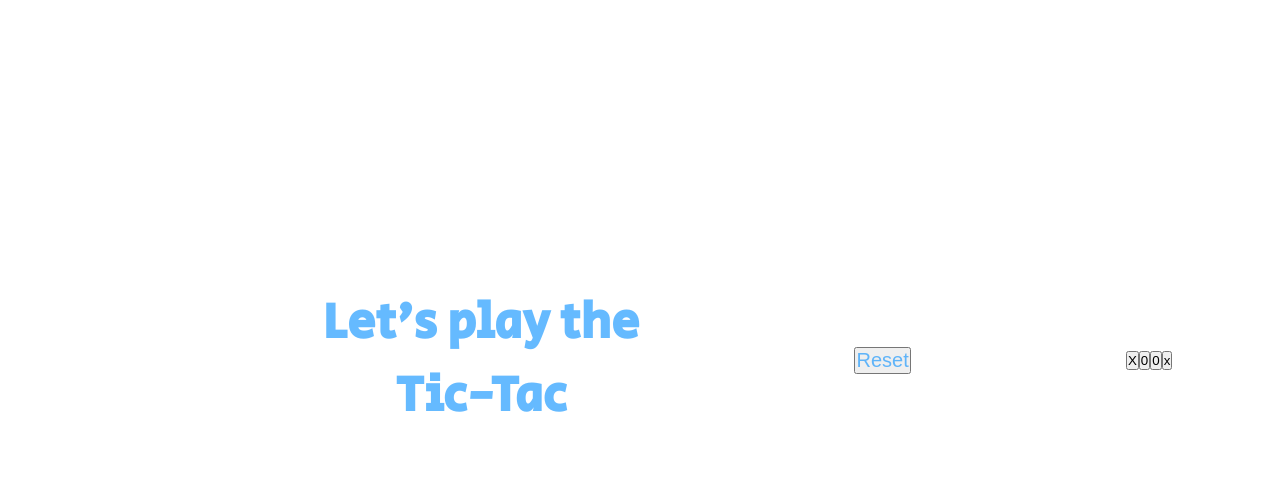
Repository: evergreenx/tic-tac
Page: /
The author's editor kept a copy of each file at every save. The page is drawn from the files as they stood at one save, then again after a run of saves.
The browser window is 1280 px wide. The pictures show the whole page.
The project was rebuilt for these pictures with package versions that can differ from the ones it lists, and the page was loaded fresh each time.

Above is the page before, as saved 2022-04-21 04:05:47.

### src/index.scss
@import url("https://fonts.googleapis.com/css2?family=Anton&family=Secular+One&display=swap");

* {
  margin: 0;
  padding: 0;
  box-sizing: border-box;
}

body {
  font-family: "Secular One", sans-serif;
}

.App {
  display: flex;
  flex-direction: row;
  align-items: center;
  justify-content: space-around;
  height: 100vh;
}
.heading {
  color: #008cff9a;
  font-size: 50px;
}

.reset--button--text{
  color: #008cff9a;
  font-size: 20px;
}

@media (max-width: 768px) {
  .App {
    flex-direction: column;
  }
}

### src/App.js
import "./App.css";
import Board from "./components/Board";

function App() {
  return (
    <section className="App">


      <div className="board-text">


      </div>
      <h1 className="heading">
        Let's play the <br /> Tic-Tac
      </h1>
      <div class="reset--button">
        <button class="reset--button--text">Reset</button>
      </div>
      <Board />
    </section>
  );
}

export default App;

### src/components/Board.jsx
import React from "react";
import './Board.scss'

function Board() {
  return (
    <div className="board">
      <button>X</button>

      <button>0</button>

      <button>0</button>

      <button>x</button>
    </div>
  );
}

export default Board;

### src/components/Board/Board.scss
.board {
  display: flex;
  flex-direction: row;
}

Loaded but not shown: public/index.html (common file); src/index.js (common file); src/reportWebVitals.js (common file); src/App.css (common file)

After the next 2 saves:
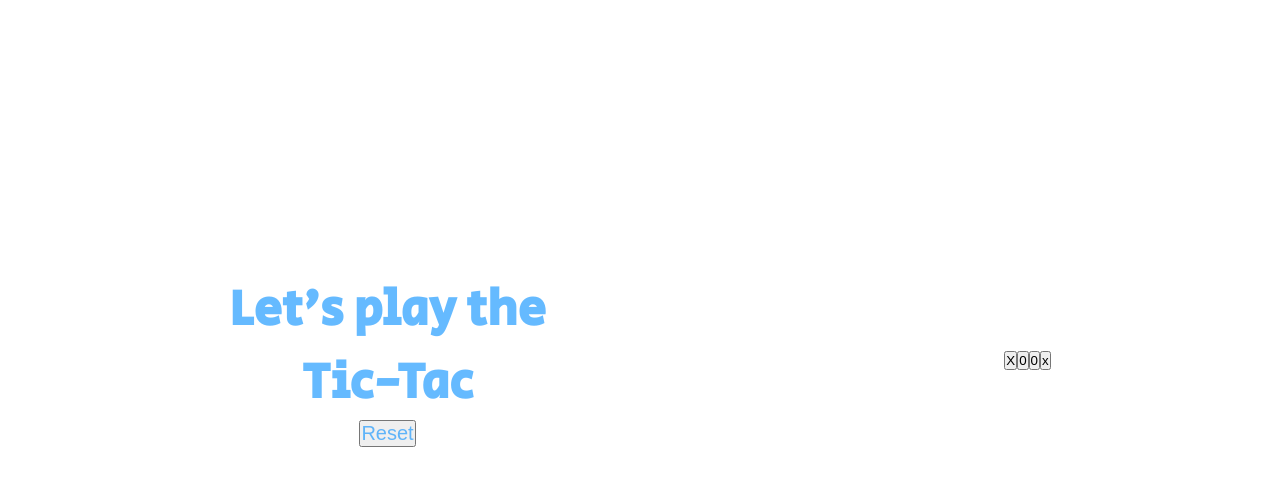
The 2 saves are shown as one change because they came seconds apart.
The last was saved 8 s later.
--- a/src/App.js
+++ b/src/App.js
@@ -4,18 +4,15 @@ import Board from "./components/Board";
 function App() {
   return (
     <section className="App">
+      <div className="board-text">
+        <h1 className="heading">
+          Let's play the <br /> Tic-Tac
+        </h1>
+        <div class="reset--button">
+          <button class="reset--button--text">Reset</button>
+        </div>
+      </div>
 
-
-      <div className="board-text">
-
-
-      </div>
-      <h1 className="heading">
-        Let's play the <br /> Tic-Tac
-      </h1>
-      <div class="reset--button">
-        <button class="reset--button--text">Reset</button>
-      </div>
       <Board />
     </section>
   );
